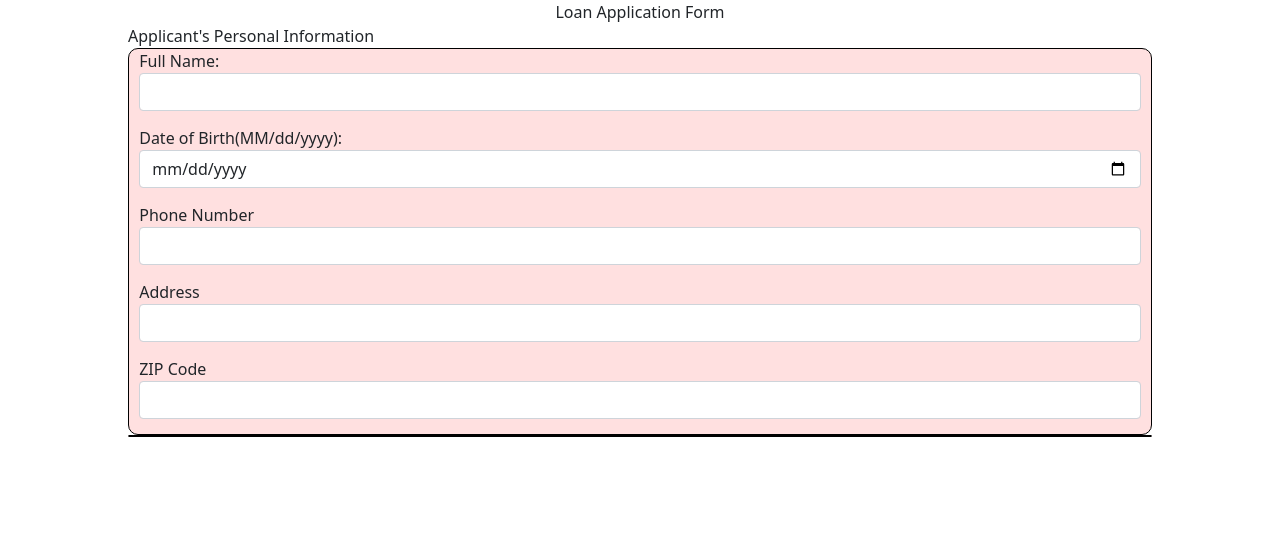
Repository: AnhDuc0125/HTML-Aptech
Page: bt2024/index.html
An editor plug-in stored every save of this project. The page is shown before and after the next save, followed by the edit.
The browser window is 1280 px wide. The pictures show the whole page.

Above is the page before, as saved 2021-12-25 14:09:37.

After the next save:
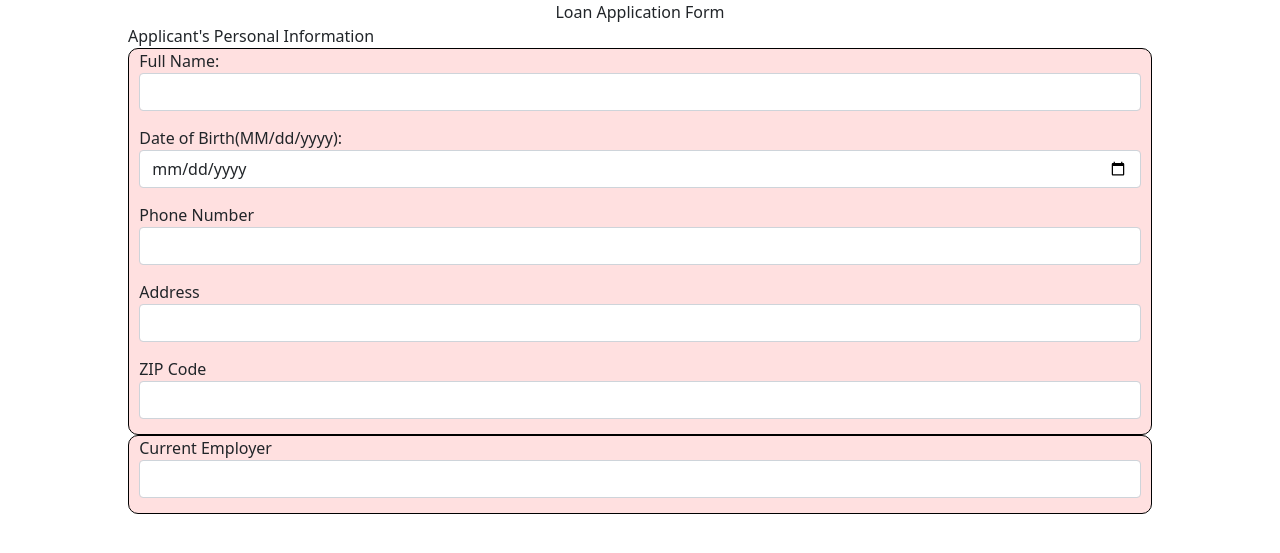
Saved 74 s later.
--- a/bt2024/index.html
+++ b/bt2024/index.html
@@ -45,7 +45,10 @@
             </div>
         </form>
         <form>
-
+            <div class="form-group">
+                <label for="" class="control-label">Current Employer</label>
+                <input type="text" class="form-control">
+            </div>
         </form>
     </main>
 </body>
